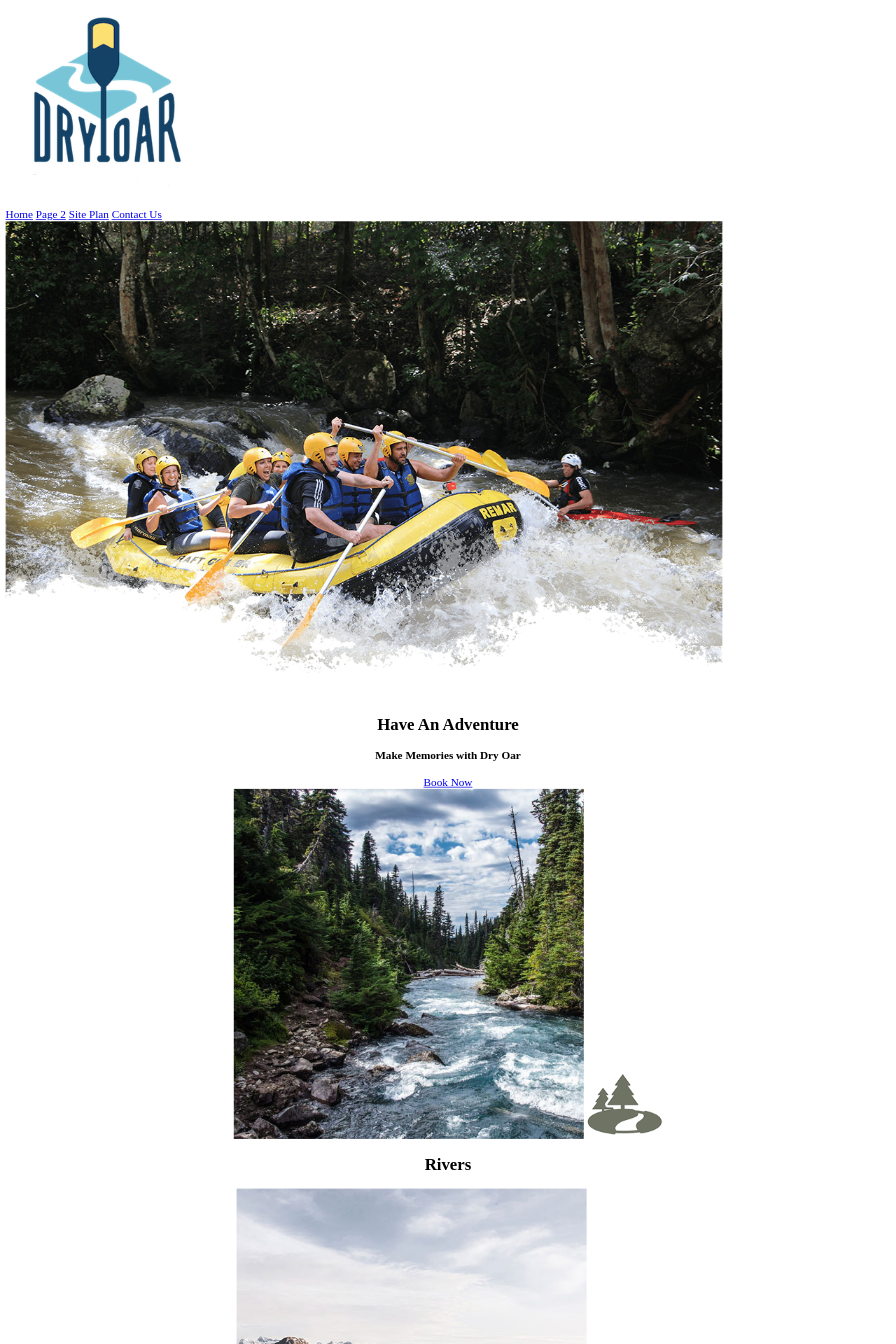
Repository: nak97/WDD-130
Page: wrr/home-page.html
These files come from the project's save history. The page is drawn as it stood at one moment and after the next save; the edit follows.
The browser window is 1280 px wide. The pictures show the part of the page from y = 0 to 1920 px (the page is 3708 px tall), at 70% of full size.

Above is the page before, as saved 2023-01-28 08:06:27.

### wrr/home-page.html
<!DOCTYPE html>
<html lang="en">
<head>
  <meta charset="UTF-8">
  <meta http-equiv="X-UA-Compatible" content="IE=edge">
  <meta name="viewport" content="width=device-width, initial-scale=1.0">
  <link rel="stylesheet" href="styles/styles.css">

  <title>Dry Oar Boating</title>
</head>
<body>
  <div id="content">
    <header>
      <a id="logo_link" href="index.html">
        <img class="logo" src="styles/images/logo.png" alt="Dry Oar Logo">
      </a>
      <nav>
        <a href ="index.html" target="_blank">Home</a>
        <a href="#" target="_blank">Page 2</a>
        <a href="site-plan-rafting.html" target="_blank">Site Plan</a>
        <a href="contactus.html" target="_blank">Contact Us</a>
      </nav>
    </header>
    <div id="hero">
      <div id="hero-box">
        <img id="hero-img" src="styles/images/hero.png" alt="People enjoying white water rafting">
      </div>
      <section id="hero-msg">
        <h1 class="home-title">Have An Adventure</h1>
        <h4>Make Memories with Dry Oar </h4>
        <div class='button-box'>
            <a class='book' href="contactus.html">Book Now</a>
        </div>
      </section>
    </div>

      <main class="home-grid">
        <section class="rivers-card">
            <img class="card-img" src="styles/images/rivers.jpg" alt="river in forest">
            <img class="icon" src="styles/images/river_icon.png" alt="river icon">
            <h2>Rivers</h2>
        </section>
        <section class="camping-card">
            <img class="card-img" src="styles/images/camping.jpg" alt="tent in mountains">
            <img class="icon" src="styles/images/fire_icon.png" alt="fire icon">
            <h2>Camping</h2>
        </section>
        <section class="rapids-card">
            <img class="card-img" src="styles/images/rapids.jpg" alt="rafting boat">
            <img class="icon" src="styles/images/oars.png" alt="oars icon">
            <h2>Rapids</h2>
        </section>
        <div id="backgrounds">

        </div>
        <img class="mountains" src="styles/images/mountains.jpg" alt="Misty mountains">
        <section class="msg">
            <h2>More Than Just The Thrill</h2>
            <p>Enjoy the breathtaking scenery. From valleys, meadows, canyons, and high peaks; it's way more than just the rapids. It's a great way to get away from it all and relax amongst all the beauty of the great outdoors. </p>
            <a class='join' href="rivers.html">Join Us</a>
            </section>
    </main>
    <footer>
      <p>Dry Oar &copy; 20XX - Nicholas Keen</p>
      <p><a href="site-plan-rafting.html" target="_blank">Site Plan</a></p>
      <p><a href="contactus.html" target="_blank">Contact Us</a></p>
      <div class="social">
          <a href="https://facebook.com" target="_blank">
              <img src="styles/images/facebook.png" alt="fb icon">
          </a>
          <a href="https://twitter.com" target="_blank">
              <img src="styles/images/twitter.png" alt="twitter icon">
          </a>
          <a href="https://instagram.com" target="_blank">
              <img src="styles/images/instagram.png" alt="instagram icon">
          </a>
      </div>
  </footer>
  </div>
</body>
</html>

### wrr/styles/styles.css
#content {
  max-width: 1600px ;
  margin:0 auto;
}
nav a{
  text-align: center;
}
#hero-msg h1, h4 {
  text-align: center;
}
.button-box {
  text-align: center;
}
main section {
  text-align: center;
}
#background {
  height: 725px;

}

body {
  background-color: var(--primary-color);
}

After the next save:
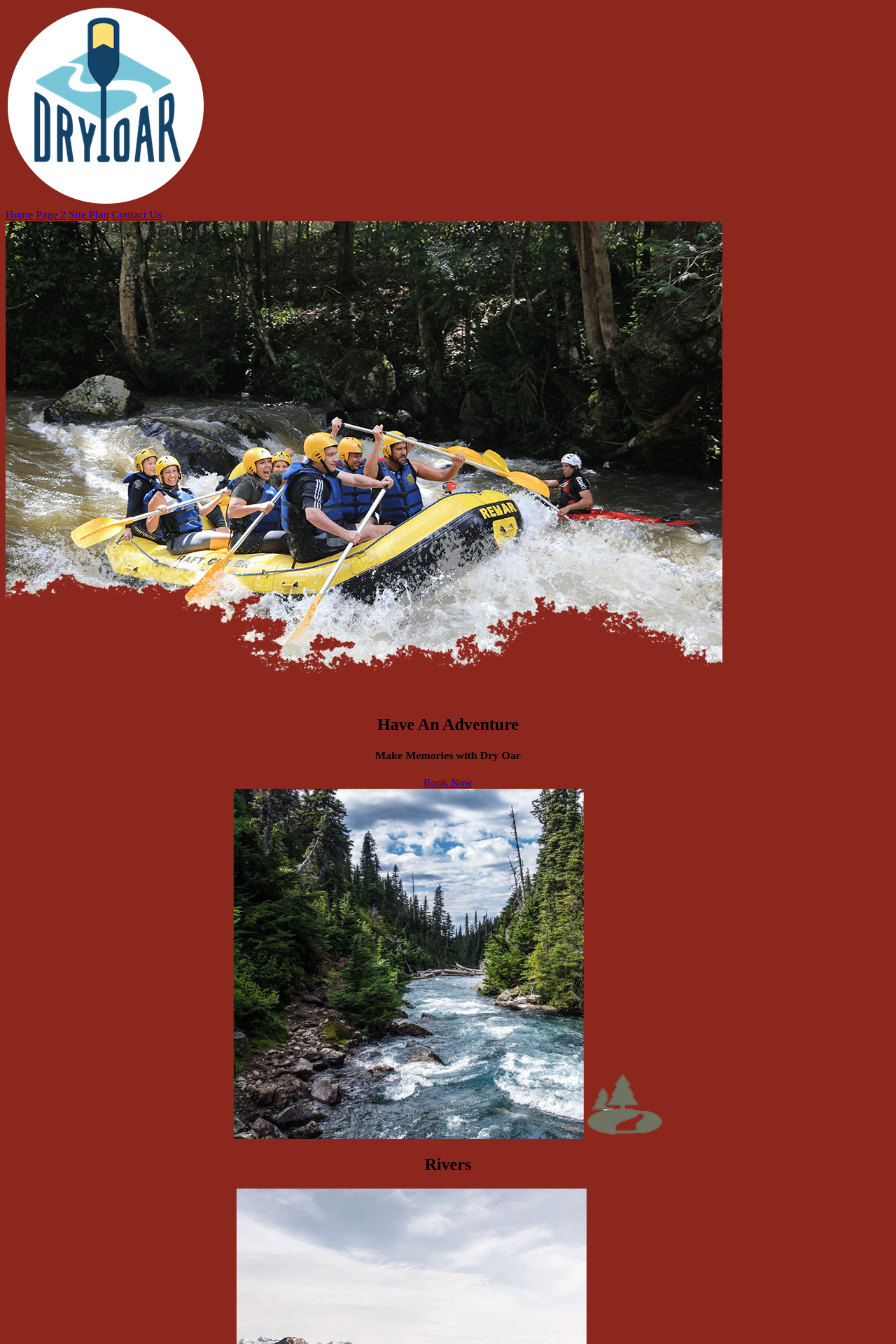
Saved 100 s later.
--- a/wrr/styles/styles.css
+++ b/wrr/styles/styles.css
@@ -20,5 +20,5 @@
 }
 
 body {
-  background-color: var(--primary-color);
+  background-color:  #8C271E;
 }
